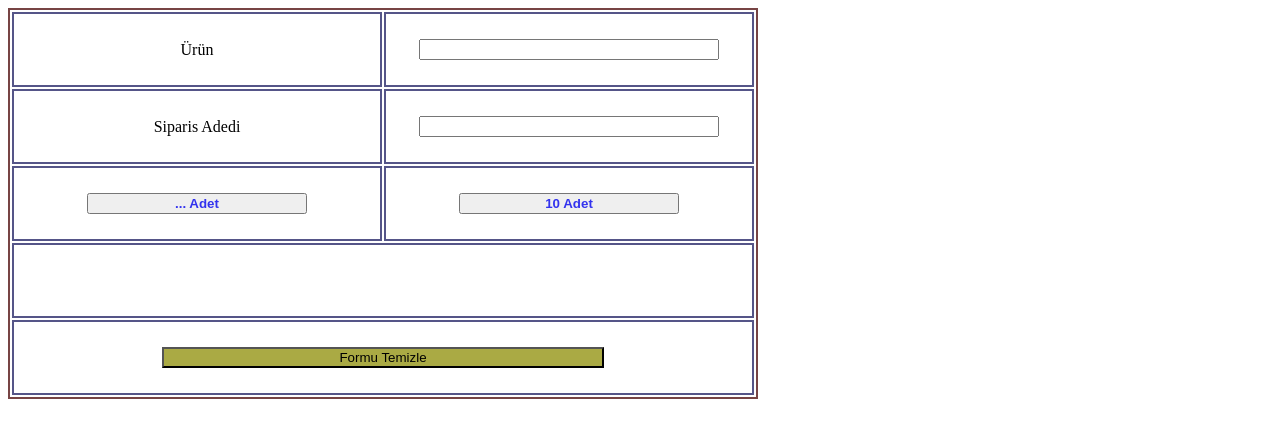
Repository: emrebolukbas/.js-Training-Tobeto
Page: 3-Siparis/public/Siparis.html
These files come from the project's save history. The page is drawn as it stood at one moment and after the next save; the edit follows.
The browser window is 1280 px wide. The pictures show the whole page.

Above is the page before, as saved 2023-10-08 12:40:43.

After the next save:
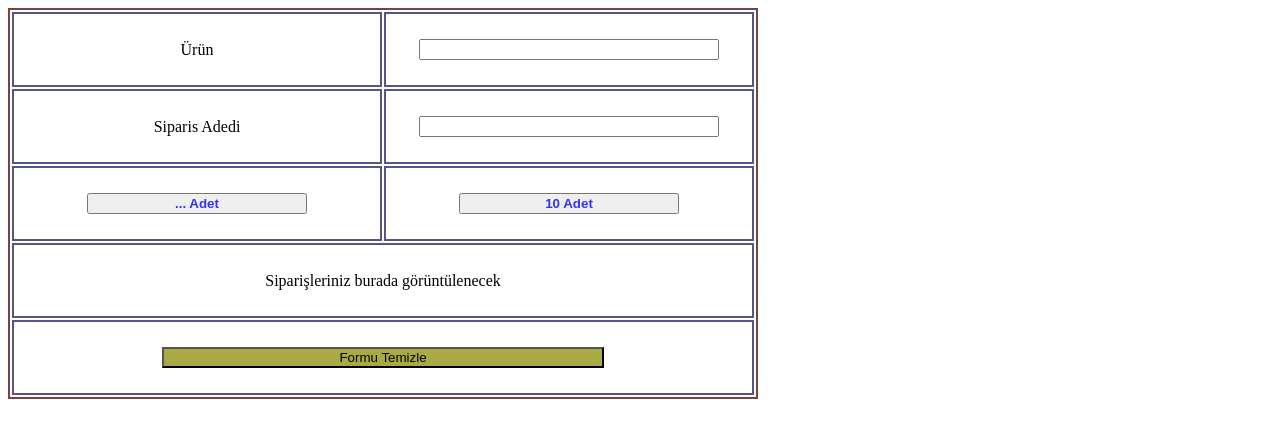
Saved 35 s later.
--- a/3-Siparis/public/Siparis.html
+++ b/3-Siparis/public/Siparis.html
@@ -6,7 +6,7 @@
 	<script type="text/javascript" src="Siparis.js"></script>
 	<link rel="stylesheet" href="Siparis.css">
 </head>
-<body>
+<body onload="sayfaYukle()">
 
 	<table class="table-1">
 		<tr class="tr-1">
